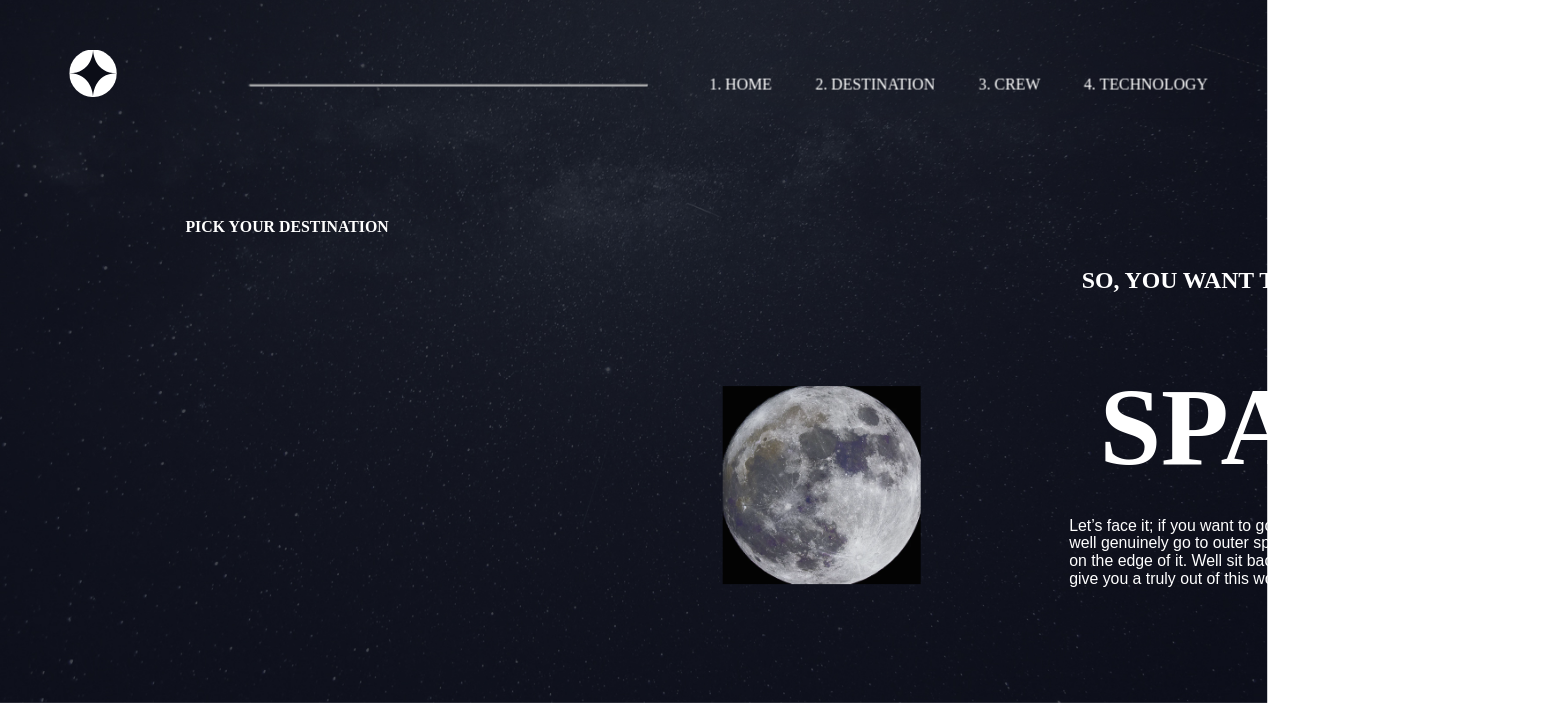
Repository: batonAnton/space_tourism
Page: destination.html
These files come from the project's save history. The page is drawn as it stood at one moment and after the next save; the edit follows.
The browser window is 1280 px wide. The page is 1580 px wide, then 1380 px, so the pictures cover 1580 px, including what lies to the right of the window. The pictures show the whole page, at 99% of full size.
Some web fonts or font styles are not loaded; a fallback is used.

Above is the page before, as saved 2022-05-19 17:33:28.

After the next save:
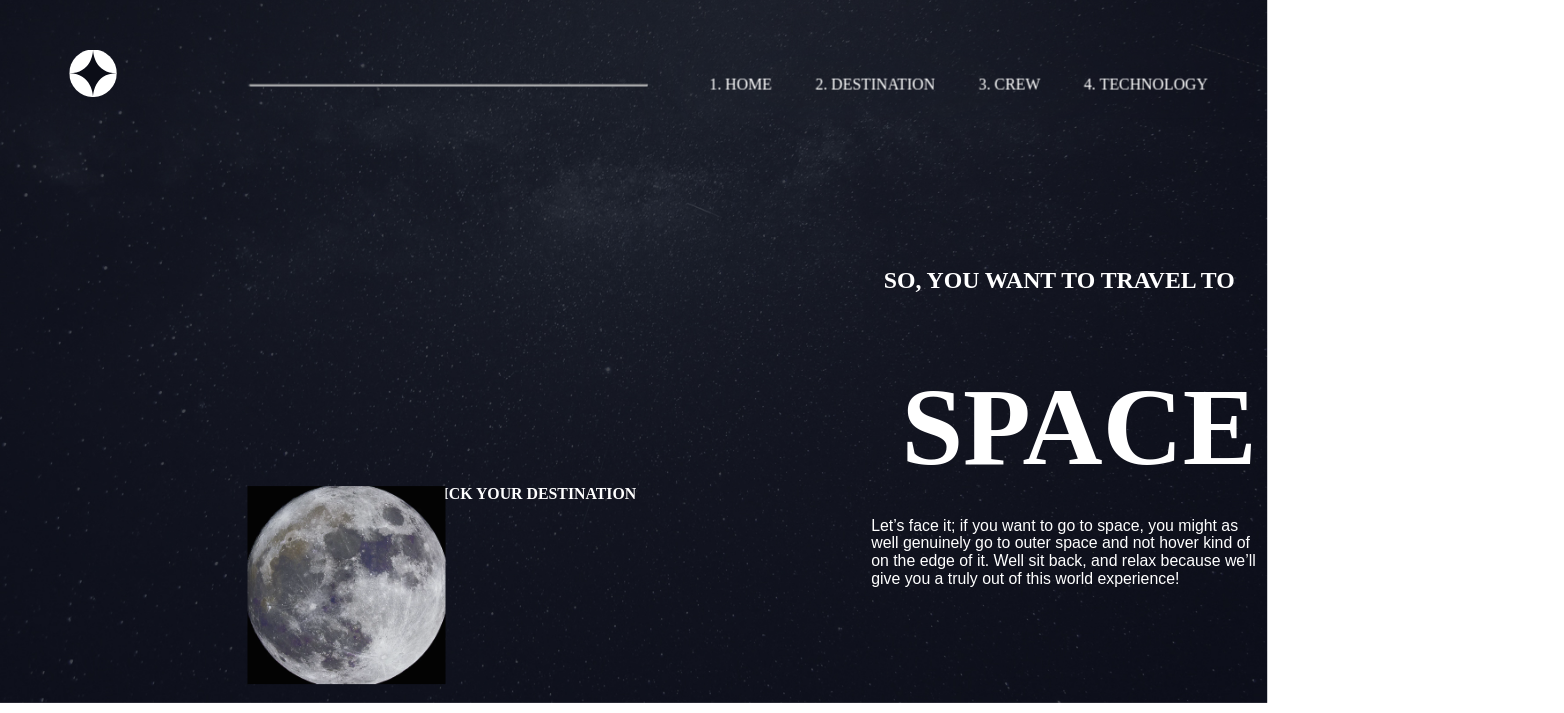
Saved 5 min 28 s later.
--- a/destination.html
+++ b/destination.html
@@ -42,10 +42,10 @@
         </div>
 
         <div class="middle_container">
-            <h2 class="h2_planet">pick your destination</h2>
 
 
             <div class="planet_img">
+                <h2 class="h2_planet">pick your destination</h2>
 
                 <div class="planet_bg">
                     <img src="/images/destination_img/moon.png" style="height:200px" alt="">
